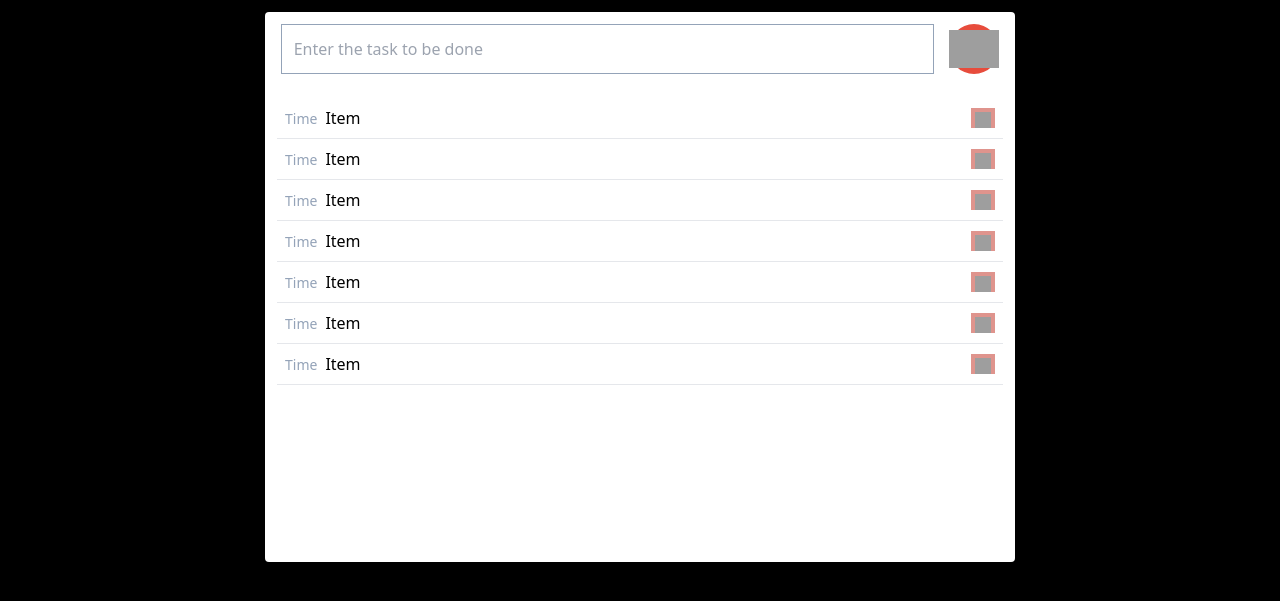
Repository: duttasayan835/todo-app-with-React-and-tailwind-CSS
Page: /
These files come from the project's save history. The page is drawn as it stood at one moment and after the next save; the edit follows.
The browser window is 1280 px wide. The pictures show the whole page.
Pictures or frames that could not be fetched are drawn as grey boxes. The project was rebuilt for these pictures with package versions that can differ from the ones it lists, and the page was loaded fresh each time.

Above is the page before, as saved 2024-06-12 13:42:21.

### src/App.js
import { useState } from "react";
import Box from "./Components/Box";
import Input from "./Components/Input";

function App() {
  const [todos, setTodo] = useState([]);

  const addToDoHandler = (item) => {
    setTodo([
      ...todos,
      {
        item,
        time: new Date().toLocaleTimeString(),
      },
    ]);
  };
  return (
    <div className="h-screen p-3 bg-black ">
      <div className="max-w-[750px] min-h-[550px] shadow-2xl bg-white mx-auto rounded">
        <Input handler={addToDoHandler} />
        <Box data={todos} />
      </div>
    </div>
  );
}
export default App;

### src/Components/Box.jsx
import React from "react";
import Item from "./Item";

export default function Box(props) {
  const items = props.data.map((singleData, key) => {
    return <Item key={key} item={singleData.item} time={singleData.time} />;
  });
  return (
    <div className="p-3">
      {items}
      <Item />
      <Item />
      <Item />
      <Item />
      <Item />
      <Item />
      <Item />
    </div>
  );
}

### src/Components/Input.jsx
import React, { useRef } from "react";

export default function Input(props) {
  const inputBox = useRef();
  return (
    <div className="flex justify-around gap-2 p-3">
      <input
        placeholder="Enter the task to be done"
        className=" w-[90%] p-3 border border-slate-400 focus:outline-none"
        type="text"
        aria-label="INPUT-TASK"
        ref={inputBox}
      />
      <div
        className="cursor-pointer w-[50px] h-[50px] bg-[#e74c3c] text-white text-3xl rounded-[50%] flex justify-center items-center"
        onClick={() => props.handler(inputBox.current.value)}
      >
        <img
          src="https://cdn4.iconfinder.com/data/icons/ios-optimized-1/30/add__create__new__addition__buttons__more__round-1024.png"
          alt="add"
        />
      </div>
    </div>
  );
}

### src/Components/Item.jsx
import React, { useState } from "react";

export default function Item() {
  const [done, setDone] = useState(false);
  return (
    <div
      onClick={() => setDone(!done)}
      className={`flex justify-between w-full p-2 border-b cursor-pointer select-none items-center`}
    >
      <div className="">
        <span className="pr-2 text-[14px] text-slate-400">Time</span>
        <span className={`${done === true ? "line-through" : ""} text-[20px]}`}>
          Item
        </span>
      </div>
      <div className="bg-[#df928bf9] bg-center pt-1 pl-1 pr-1">
        <img
          className="w-4 h-4 "
          src="https://icon-library.com/images/trash-icon-vector/trash-icon-vector-19.jpg"
          alt="trash"
        />
      </div>
    </div>
  );
}

Loaded but not shown: public/index.html (common file); src/index.js (common file); src/index.css (common file); src/reportWebVitals.js (common file); tailwind.config.js (common file)

After the next save:
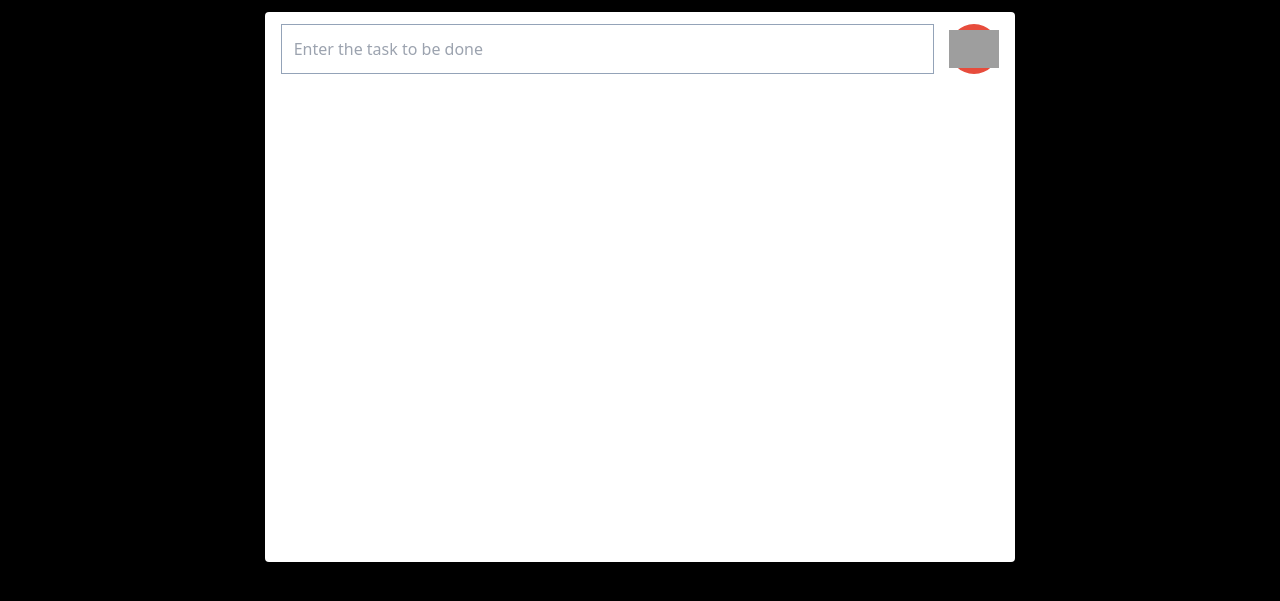
Saved 9 s later.
--- a/src/Components/Box.jsx
+++ b/src/Components/Box.jsx
@@ -8,13 +8,13 @@ export default function Box(props) {
   return (
     <div className="p-3">
       {items}
+      {/* <Item />
       <Item />
       <Item />
       <Item />
       <Item />
       <Item />
-      <Item />
-      <Item />
+      <Item /> */}
     </div>
   );
 }
